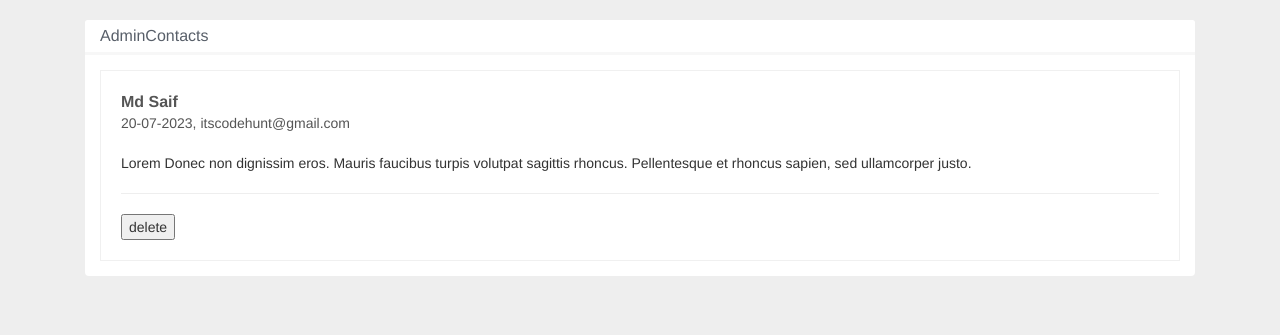
Repository: Tanmay-Kayande/Myportfolio
Page: http://localhost/myproject/read-message.jsp
An editor plug-in stored every save of this project. The page is shown before and after the next save, followed by the edit.
The browser window is 1280 px wide. The pictures show the whole page.
Some icons come from a web library that is not loaded, so they are not drawn. Some web libraries are served in a nearby version. The page is served by Tomcat 9. The session is filled in as if someone had signed in: {"login": "exist"}.

Above is the page before, as saved 2024-01-18 14:28:15.

After the next save:
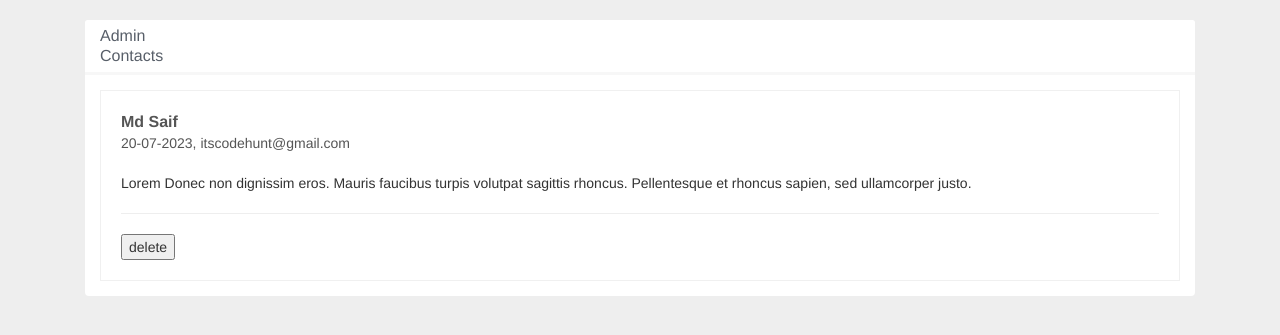
Saved 12 s later.
--- a/myproject/src/main/webapp/read-message.jsp
+++ b/myproject/src/main/webapp/read-message.jsp
@@ -124,7 +124,7 @@ body {
 				<div class="panel-heading overflow-h">
 					<h2 class="panel-title heading-sm pull-left">
 						<i></i><a href="admin.jsp">Admin</a>
-					</h2>
+					</h2><br>
 
 					<h2 class="panel-title heading-sm pull-left">
 						<i></i>Contacts
